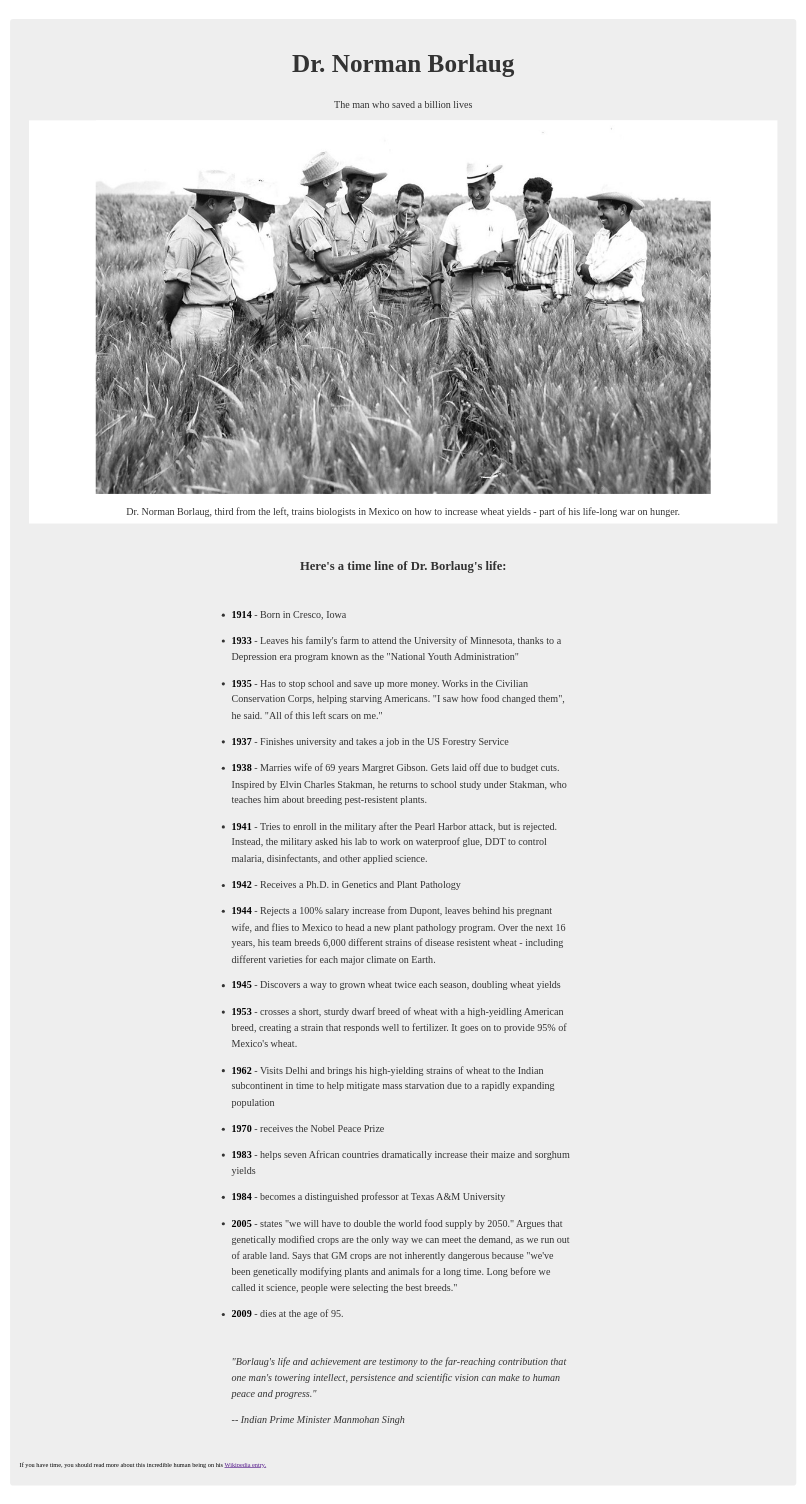
Repository: HTDuy01/github-demo
Page: freecodecamp/index.html
The author's editor kept a copy of each file at every save. The page is drawn from the files as they stood at one save, then again after the next save.
The browser window is 1280 px wide. The pictures show the whole page, at 63% of full size.

Above is the page before, as saved 2021-11-18 21:40:29.

After the next save:
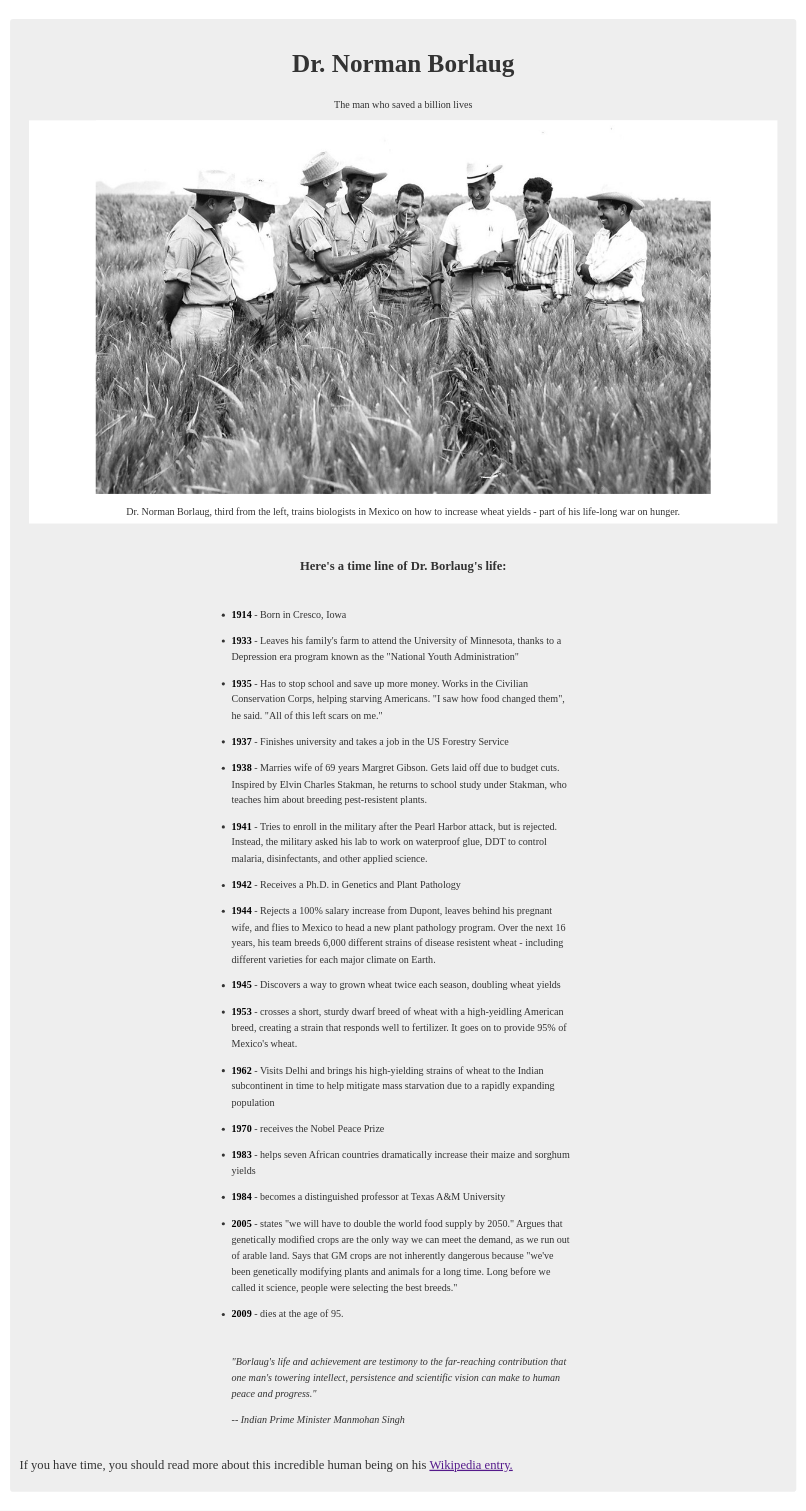
Saved 78 s later.
--- a/freecodecamp/assets/css/style.css
+++ b/freecodecamp/assets/css/style.css
@@ -82,3 +82,9 @@ strong {
     color:rgb(51,51,51) ;
     font-size: 1.6rem;
 }
+
+.footer-heading {
+    font-size: 2rem;
+    color: var(--color-header);
+    font-weight: 500;
+}
